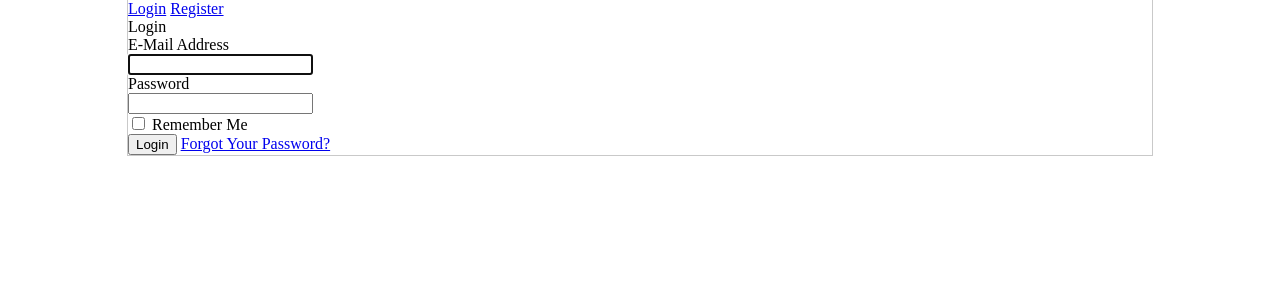
Repository: PatryxB/bikeService
Page: http://localhost/login
These files come from the project's save history. The page is drawn as it stood at one moment and after the next save; the edit follows.
The browser window is 1280 px wide. The pictures show the whole page.
The page is served by the project's Laravel application, run on PHP 8.4 with Laravel 8. Style sheets and scripts are compiled from the project's sources, by tool versions that may differ from the author's.

Above is the page before, as saved 2020-05-01 13:51:41.

After the next save:
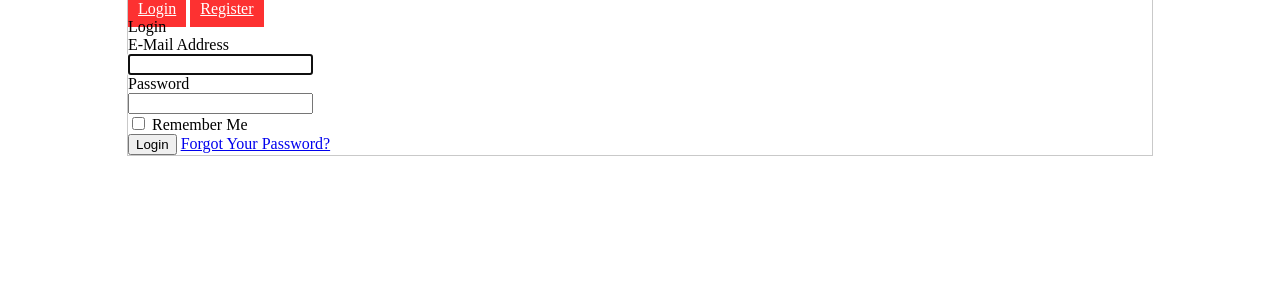
Saved 2 min 10 s later.
--- a/resources/sass/app.scss
+++ b/resources/sass/app.scss
@@ -9,6 +9,11 @@ nav{
     border-left: solid 1px rgba(165, 165, 165, .6);
     border-right: solid 1px rgba(165, 165, 165, .6);
 }
+nav a{
+    color: white;
+    background-color: rgb(253, 49, 49);
+    padding: 10px;
+}
 .container{
     width: 80%;
     margin: 0 auto;
